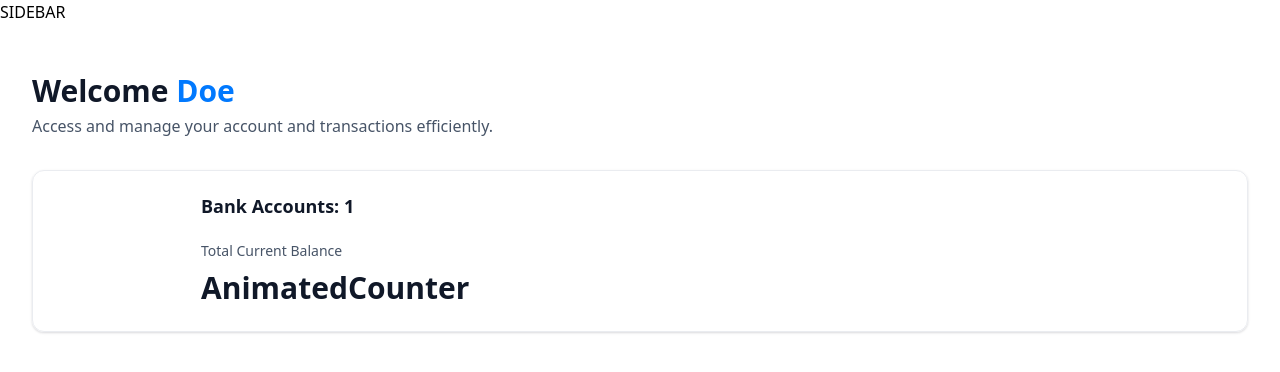
Repository: akinolapo/creditcraze
Page: /
The author's editor kept a copy of each file at every save. The page is drawn from the files as they stood at one save, then again after the next save.
The browser window is 1280 px wide. The pictures show the whole page.
The project was rebuilt for these pictures with package versions that can differ from the ones it lists, and the page was loaded fresh each time. The framework's server and built-in components were replaced by stand-ins that run in the browser. Also part of the build but not shown: next.config.mjs.

Above is the page before, as saved 2024-06-26 14:25:00.

After the next save:
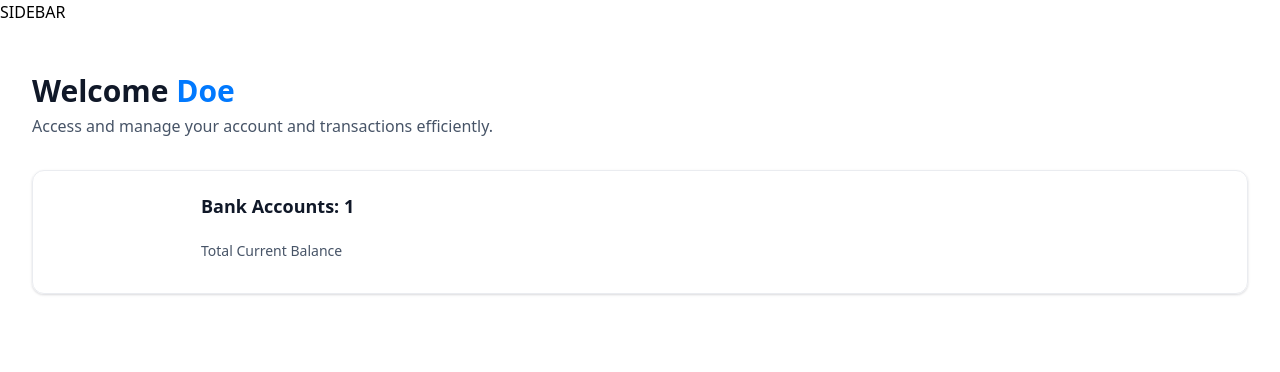
Saved 17 s later.
--- a/components/AnimatedCounter.tsx
+++ b/components/AnimatedCounter.tsx
@@ -2,7 +2,9 @@ import React from 'react'
 
 const AnimatedCounter = () => {
   return (
-    <div>AnimatedCounter</div>
+    <div>
+
+    </div>
   )
 }
 
